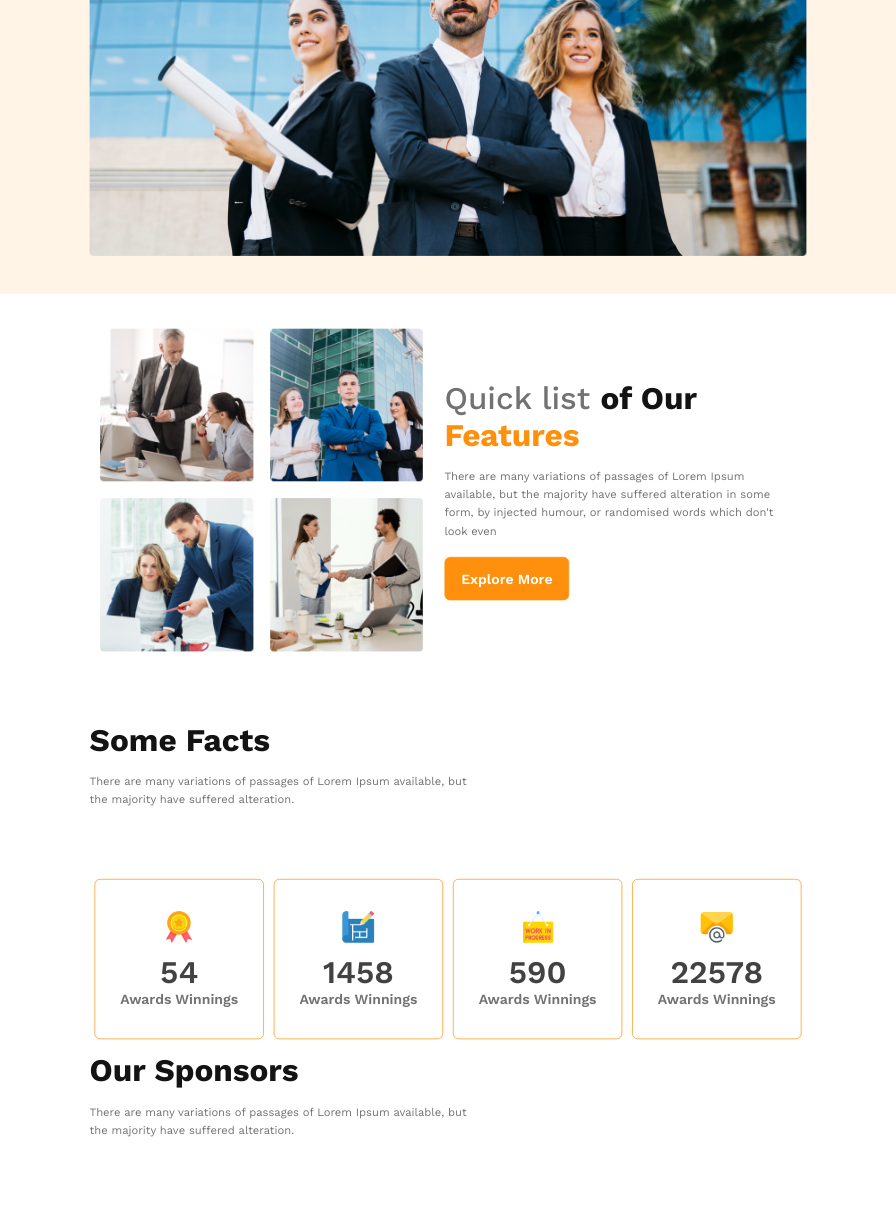
Repository: ShouravAhammed/G3-architects-webpage
Page: index.html
The author's editor kept a copy of each file at every save. The page is drawn from the files as they stood at one save, then again after the next save.
The browser window is 1280 px wide. The pictures show the part of the page from y = 711 to 2631 px (the page is 2469 px tall before and 2631 px after), at 70% of full size.

Above is the page before, as saved 2024-01-13 02:35:31.

After the next save:
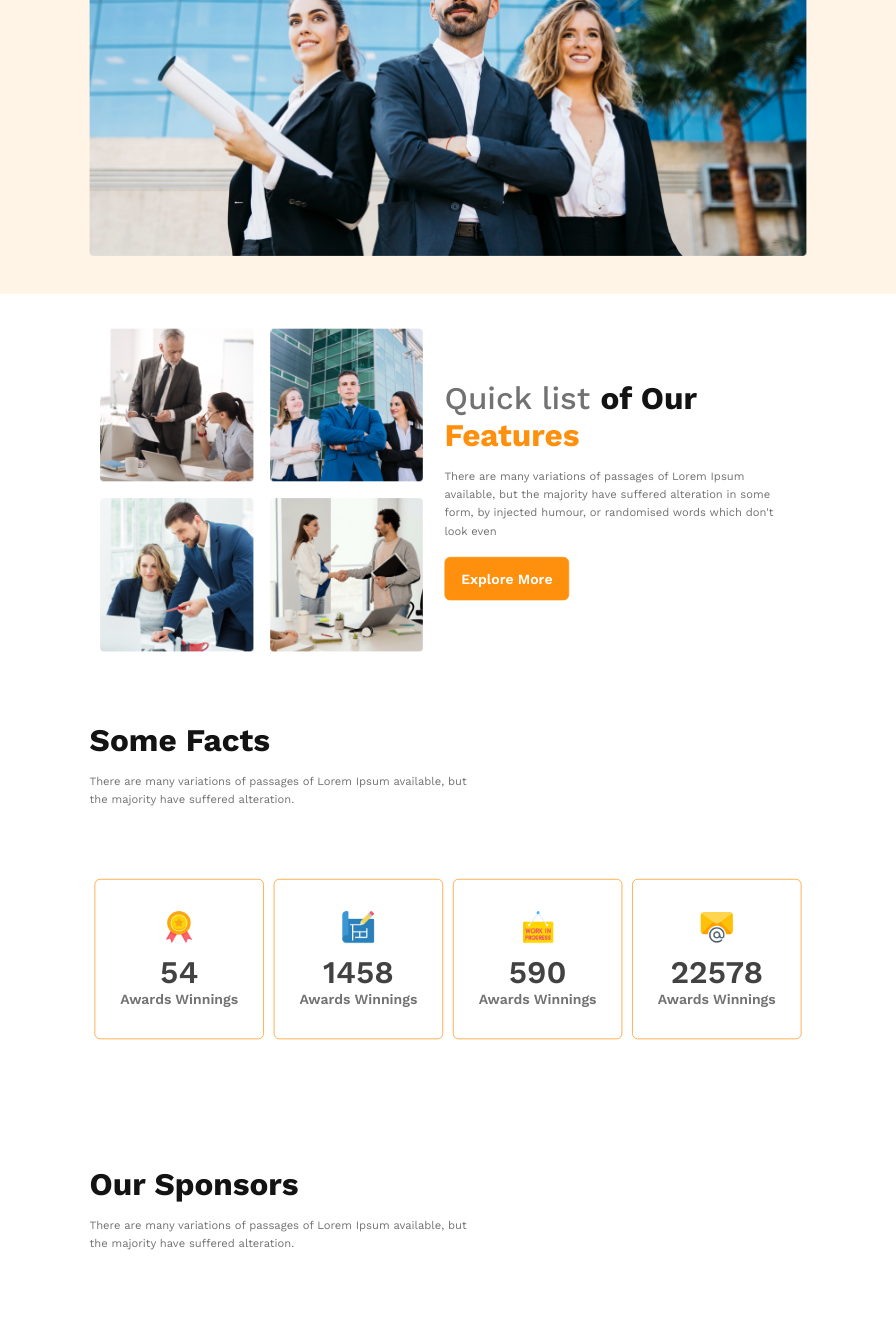
Saved 54 s later.
--- a/styles/style.css
+++ b/styles/style.css
@@ -171,7 +171,7 @@
 
 /* Sponsors section css style */
 #sponsors{
-    margin-top: 18px;
+    margin-top: 180px;
     margin-bottom: 130px;
 }
 .sponsors-container{
